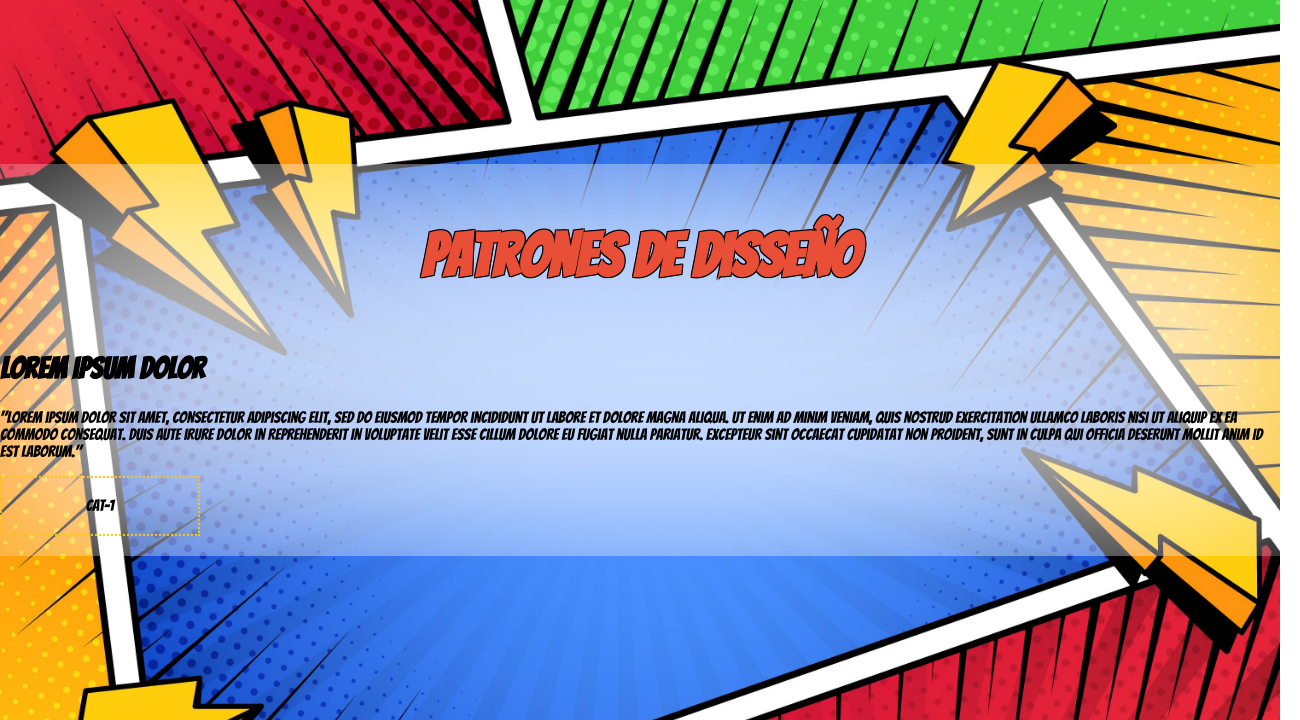
Repository: nrsWebs/design-pattern-es
Page: index.html
The author's editor kept a copy of each file at every save. The page is drawn from the files as they stood at one save, then again after the next save.
The browser window is 1280 px wide. The page is 1300 px wide, so the pictures cover 1300 px, including what lies to the right of the window. The pictures show the whole page.

Above is the page before, as saved 2021-02-06 20:04:08.

### index.html
<!DOCTYPE html>
<html>
<head>
<script src="https://ajax.googleapis.com/ajax/libs/jquery/3.5.1/jquery.min.js"></script>
<link rel="stylesheet" href="source/main.css">
<link href='https://fonts.googleapis.com/css?family=Bangers' rel='stylesheet'>
</head>
<body>
    <div class="main-content">
        <div id="general" class="box">
            <div class="glass"></div>
            <h1>Patrones de disseño</h1>
            <div class="information">
                <h2>Lorem ipsum dolor</h2>
                <p>"Lorem ipsum dolor sit amet, consectetur adipiscing elit, sed do eiusmod tempor incididunt ut labore et dolore magna aliqua. Ut enim ad minim veniam, quis nostrud exercitation ullamco laboris nisi ut aliquip ex ea commodo consequat. Duis aute irure dolor in reprehenderit in voluptate velit esse cillum dolore eu fugiat nulla pariatur. Excepteur sint occaecat cupidatat non proident, sunt in culpa qui officia deserunt mollit anim id est laborum."</p>
                <div class="action-container">
                    <div class="button linker" data-link="cat-1">
                        <div class="text">CAT-1</div>
                    </div>
                </div>
            </div>
        </div>
        <div id="cat-1" class="box no-opacity hidden-container">
            <div class="glass"></div>
            <h1>Patrones de disseño test</h1>
            <div class="information">
                <h2>Lorem ipsum dolor</h2>
                <p>"Lorem ipsum dolor sit amet, consectetur adipiscing elit, sed do eiusmod tempor incididunt ut labore et dolore magna aliqua. Ut enim ad minim veniam, quis nostrud exercitation ullamco laboris nisi ut aliquip ex ea commodo consequat. Duis aute irure dolor in reprehenderit in voluptate velit esse cillum dolore eu fugiat nulla pariatur. Excepteur sint occaecat cupidatat non proident, sunt in culpa qui officia deserunt mollit anim id est laborum."</p>
                <div class="action-container">
                    <div class="button linker" data-link="general">
                        <div class="text">HOME</div>
                    </div>
                </div>
            </div>
        </div>
    </div>
</body>
<footer>
    <a class="hidden-container" href="https://www.freepik.es/vectores/fondo">Vector de Fondo creado por coolvector - www.freepik.es</a>
</footer>
<script>
    jQuery('.linker').on('click', function() {
        var nextid = jQuery(this).data('link');
        //hide
        jQuery(this).closest('.box').animate({opacity: '0'}, 200, function() {
            jQuery(this).closest('.box').addClass('hidden-container');
        });
        //Show
        jQuery('#'+nextid).removeClass('hidden-container');
        jQuery('#'+nextid).animate({opacity: '0.5'}, 200);
        jQuery('#'+nextid).animate({opacity: '1'}, 200);
    });
</script>
</html>

### source/main.css
:root {
    --main: #000;
    --secondary:  #E94F37;
    /* --auxiliar: #002F3D; */
    --auxiliar: F9C80E;
    --button: #F9C80E;
}
body .hidden-container{
    display: none;;
}
body .no-opacity{
    opacity: 0;
}
body {
    background-image: url('./images/4845746.jpg');
     background-repeat: no-repeat;
    background-attachment: fixed;
    background-size: cover;
    display: flex;
    justify-content: center;
    width: 100%;
    color: var(--main);
    font-family: 'Bangers';
}
.main-content{
    display: block;
    width: 100%;

}
h1{
    text-align: center;
    color: var(--secondary);
    font-size: 60px;
    text-shadow: -1px 1px 0 #000, 1px 1px 0 #000, 1px -1px 0 #000, -1px -1px 0 #000;
    z-index: 99;
}
h2{
    color: var(--auxiliar);
    font-size: 30px;
}
.box {
    display: flex;
    flex-direction: column;
    justify-content: space-around;
    width: 100%;
    max-width: 1440px;
    padding: 20px;
    position: absolute;
    top: 50%;
    left: 50%;
    transform: translate(-50%, -50%);
    overflow: hidden;
    border-radius: 10px;
}
.box .information{
    z-index: 99;
}
.action-container{
    display: flex;
    width: 100%;
    justify-content: space-between;
}
.action-container .button {
    box-sizing: border-box;
    border: 2px dotted var(--button);
    width: 200px;
    height: 60px;
    padding: 10px;
    position: relative;
    cursor: pointer;
}
.action-container .button .text{
    position: absolute;
    top: 50%;
    left: 50%;
    transform: translate(-50%, -50%);
}
/* GLASS EFFECT */
.glass{
    background: inherit;
    width: 100%;
    height: 100%;
}
.glass:before {
    content: '';
    width: 100%;
    height: 100%;
    background: inherit;
    position: absolute;
    left: 0;
    right: 0;
    top: 0;
    bottom: 0;
    box-shadow: inset 0 0 0 200px rgba(255,255,255,0.7);
    filter: blur(90px);
    border-radius: 5px;
}

After the next save:
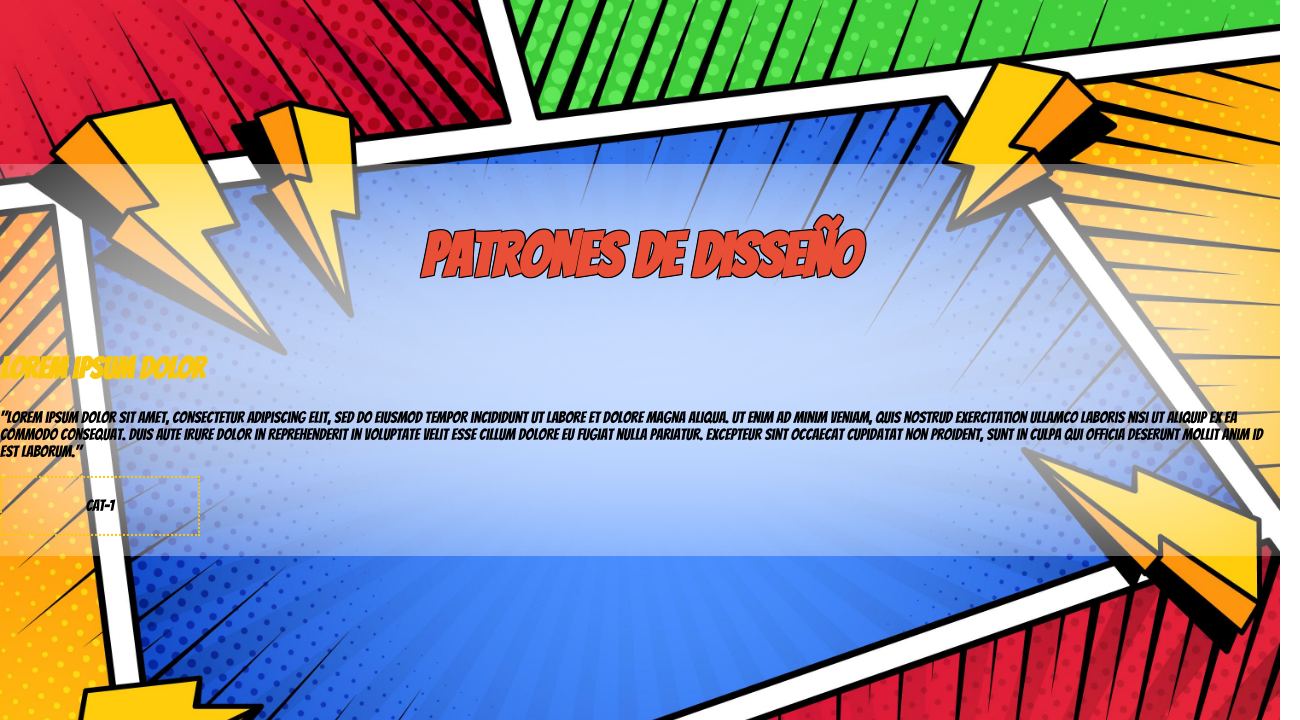
Saved 9 s later.
--- a/source/main.css
+++ b/source/main.css
@@ -2,7 +2,7 @@
     --main: #000;
     --secondary:  #E94F37;
     /* --auxiliar: #002F3D; */
-    --auxiliar: F9C80E;
+    --auxiliar: #F9C80E;
     --button: #F9C80E;
 }
 body .hidden-container{
